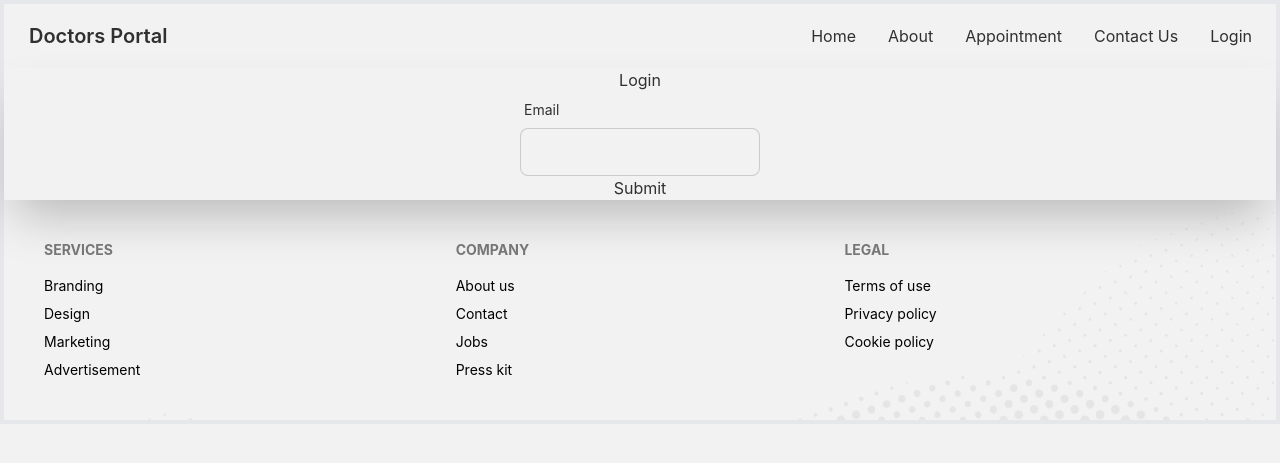
Repository: Samad77/Doctorportal-Client
Page: /login
These files come from the project's save history. The page is drawn as it stood at one moment and after the next save; the edit follows.
The browser window is 1280 px wide. The pictures show the whole page.
The project was rebuilt for these pictures with package versions that can differ from the ones it lists, and the page was loaded fresh each time. Also part of the build but not shown: src/Pages/Appointment/BookingModal/BookingModal.js, src/Pages/Appointment/AppoinmentCard/AppoinmentCard.js, src/Pages/Appointment/AppointmentBanner/AppointmentBanner.js, src/Pages/Appointment/AvailavleAppoinment/AvailableAppoinment.js, src/Pages/Appointment/Appoinment/Appoinment.js, src/Components/PrimaryButton/PrimaryButton.js, src/Pages/Home/Banner/Banner.js, src/Pages/Home/Cards/Cards.js and 5 more.

Above is the page before, as saved 2022-11-15 11:02:06.

### src/index.js
import React from 'react';
import ReactDOM from 'react-dom/client';
import './index.css';
import App from './App';
import reportWebVitals from './reportWebVitals';
import 'react-day-picker/dist/style.css';
const root = ReactDOM.createRoot(document.getElementById('root'));
root.render(
  <React.StrictMode>
    <App />
  </React.StrictMode>
);

// If you want to start measuring performance in your app, pass a function
// to log results (for example: reportWebVitals(console.log))
// or send to an analytics endpoint. Learn more: https://bit.ly/CRA-vitals
reportWebVitals();

### src/App.js
import logo from './logo.svg';
import './App.css';
import {RouterProvider} from 'react-router-dom'
import router from './Layout/Routes/Routes';
import Cards from './Pages/Home/Cards/Cards';
function App() {
  return (
    <div className="App max-w-[1440px] mx-auto border-4">
      <RouterProvider router={router}>

      </RouterProvider>
    </div>
  );
}

export default App;

### src/Layout/Routes/Routes.js
import { createBrowserRouter } from "react-router-dom";
import Appoinment from "../../Pages/Appointment/Appoinment/Appoinment";
import Home from "../../Pages/Home/Home";
import Login from "../../Pages/Login/Login";
import Main from "../Main/Main";

const router = createBrowserRouter([
    {path : "/",
    element : <Main></Main>,
    children : [
        {path : '/', element : <Home></Home>,},
        {path: '/home', element : <Home></Home>},
        {path: '/login', element : <Login></Login>},
        {path : '/appointment', element: <Appoinment></Appoinment>}
    ]
    }
])

export default router;

### src/Pages/Login/Login.js
import React, { useState } from 'react';
import { useForm } from 'react-hook-form';

const Login = () => {
    const { register, handleSubmit } = useForm();
    const [data, setData] = useState("");

    return (
        <section className='  flex justify-center shadow-2xl'>

            <form onSubmit={handleSubmit((data) => setData(JSON.stringify(data)))} className="w-60">
                <h1 className=''>Login</h1>
                <div className="form-control  max-w-xs">
                    <label className="label">
                        <span className="label-text">Email</span>
                    </label>
                    <input type="text" {...register("Email")} className="input input-bordered w-full max-w-xs"/>
                </div>
                {/* <select {...register("category", { required: true })}>
                    <option value="">Select...</option>
                    <option value="A">Option A</option>
                    <option value="B">Option B</option>
                </select> */}
                {/* <textarea {...register("aboutYou")} placeholder="About you" /> */}
                <p>{data}</p>
                <input type="submit" />
            </form>
        </section>
    );
};

export default Login;

### src/Layout/Main/Main.js
import React from 'react';
import Footer from '../../Pages/Shared/Footer/Footer';
import Navbar from '../../Pages/Shared/Navbar/Navbar';
import {Outlet} from 'react-router-dom'
const Main = () => {
    return (
        <div>
            <Navbar></Navbar>
                <Outlet></Outlet>
            <Footer></Footer>
        </div>
    );
};

export default Main;

### src/Pages/Shared/Footer/Footer.js
import React from 'react';
import footerImg from '../../../assets/images/footer.png'
const Footer = () => {
    return (
        <footer className="footer p-10 text-black" style={{background : `url(${footerImg})`, backgroundSize: "cover"}}>
  <div>
    <span className="footer-title">Services</span>
    <a className="link link-hover">Branding</a>
    <a className="link link-hover">Design</a>
    <a className="link link-hover">Marketing</a>
    <a className="link link-hover">Advertisement</a>
  </div>
  <div>
    <span className="footer-title">Company</span>
    <a className="link link-hover">About us</a>
    <a className="link link-hover">Contact</a>
    <a className="link link-hover">Jobs</a>
    <a className="link link-hover">Press kit</a>
  </div>
  <div>
    <span className="footer-title">Legal</span>
    <a className="link link-hover">Terms of use</a>
    <a className="link link-hover">Privacy policy</a>
    <a className="link link-hover">Cookie policy</a>
  </div>
</footer>
    );
};

export default Footer;

### src/Pages/Shared/Navbar/Navbar.js
import React from 'react';
import {Link} from 'react-router-dom'
const Navbar = () => {

    const menuItems =

    <React.Fragment>
        <li><Link to="/home">Home</Link></li>
        <li><Link to="/about">About</Link></li>
        <li><Link to="/appointment">Appointment</Link></li>
        <li><Link to="/contact">Contact Us</Link></li>
        <li><Link to="/login">Login</Link></li>
    </React.Fragment>

    return (
        <div className="navbar bg-base-100 flex justify-between">
  <div className="navbar-start">
    <div className="dropdown">
      <label tabIndex={0} className="btn btn-ghost lg:hidden">
        <svg xmlns="http://www.w3.org/2000/svg" className="h-5 w-5" fill="none" viewBox="0 0 24 24" stroke="currentColor"><path strokeLinecap="round" strokeLinejoin="round" strokeWidth="2" d="M4 6h16M4 12h8m-8 6h16" /></svg>
      </label>
      <ul tabIndex={0} className="menu menu-compact dropdown-content mt-3 p-2 shadow rounded-box w-52">
            {menuItems}
      </ul>
    </div>
    <Link to='/' className="btn btn-ghost normal-case text-xl">Doctors Portal</Link>
  </div>
  <div className="navbar-center hidden lg:flex">
    <ul className="menu menu-horizontal p-0">
        {menuItems}
    </ul>
  </div>

</div>
    );
};

export default Navbar;

### tailwind.config.js
/** @type {import('tailwindcss').Config} */
module.exports = {
  content: ["./src/**/*.{js,jsx,ts,tsx}"],
  theme: {
    extend: {},
  },
  daisyui : {
    themes : [

    {
      doctorThemes: {

primary: "#0FCFEC",

secondary: "#19D3AE",

neutral: "#3A4256",

"base-100": "#F2F2F2",

      },
    },
  ]
  },
  plugins: [require("daisyui")],
}

Loaded but not shown: public/index.html (common file); src/index.css (common file); src/reportWebVitals.js (common file); src/App.css (common file)

After the next save:
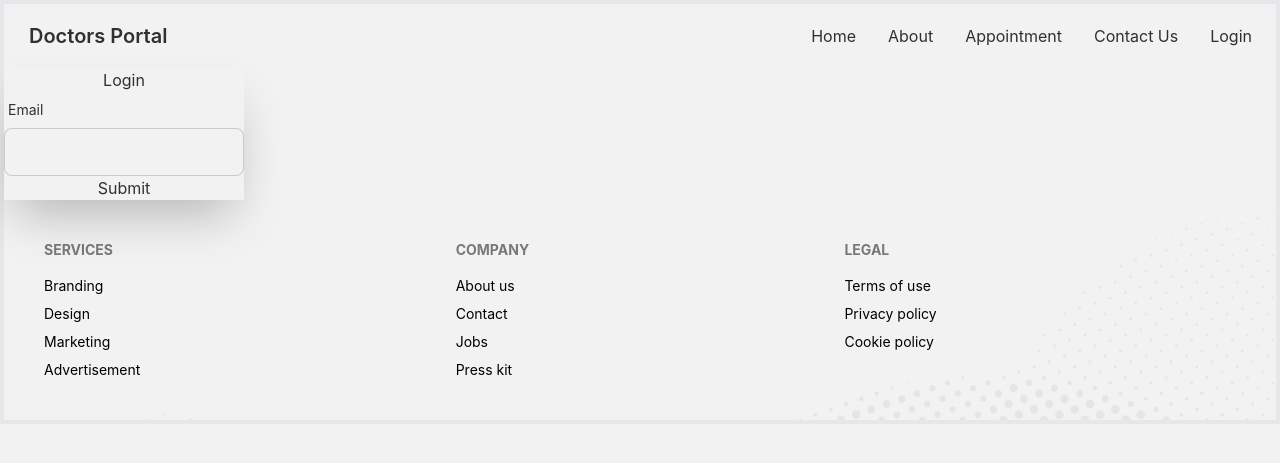
Saved 17 s later.
--- a/src/Pages/Login/Login.js
+++ b/src/Pages/Login/Login.js
@@ -6,7 +6,7 @@ const Login = () => {
     const [data, setData] = useState("");
 
     return (
-        <section className='  flex justify-center shadow-2xl'>
+        <section className='w-60 flex justify-center shadow-2xl'>
 
             <form onSubmit={handleSubmit((data) => setData(JSON.stringify(data)))} className="w-60">
                 <h1 className=''>Login</h1>
